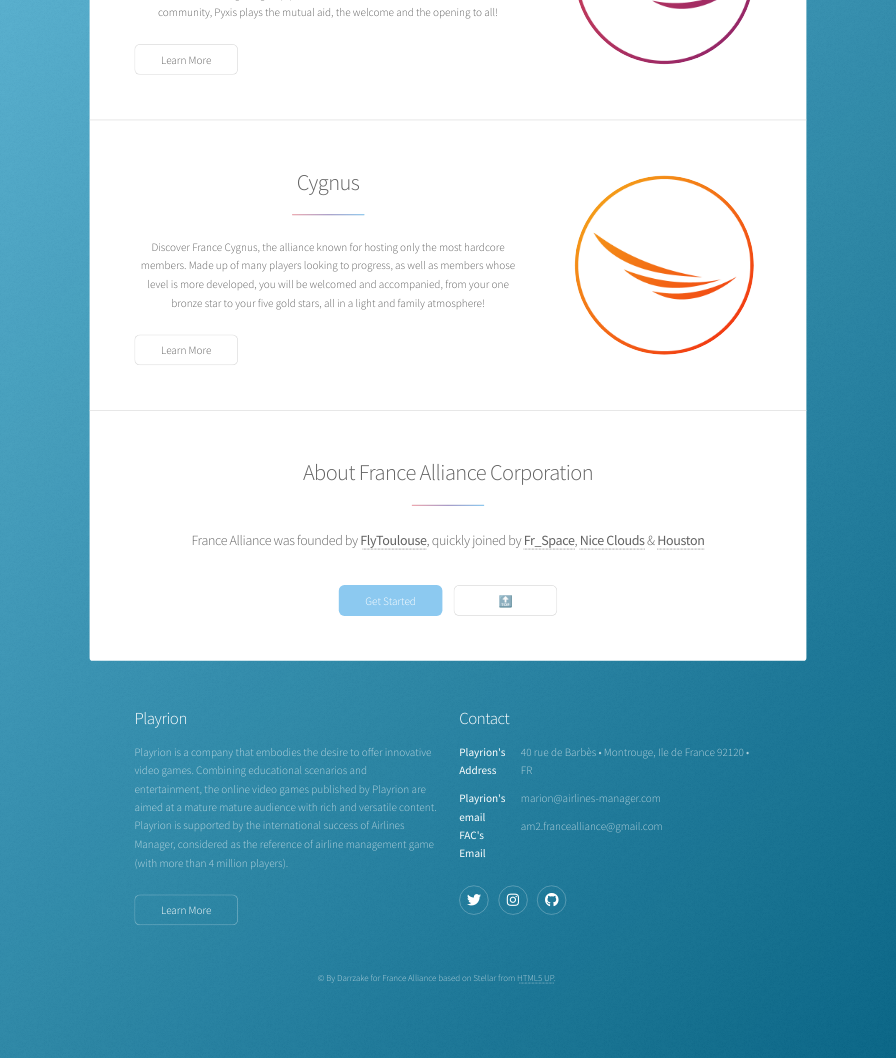
Repository: France-Alliance/France-Alliance.github.io
Page: index.html
The author's editor kept a copy of each file at every save. The page is drawn from the files as they stood at one save, then again after the next save.
The browser window is 1280 px wide. The pictures show the part of the page from y = 1617 to 3537 px (the page is 3129 px tall before and 3537 px after), at 70% of full size.

Above is the page before, as saved 2021-04-16 23:53:37.

After the next save:
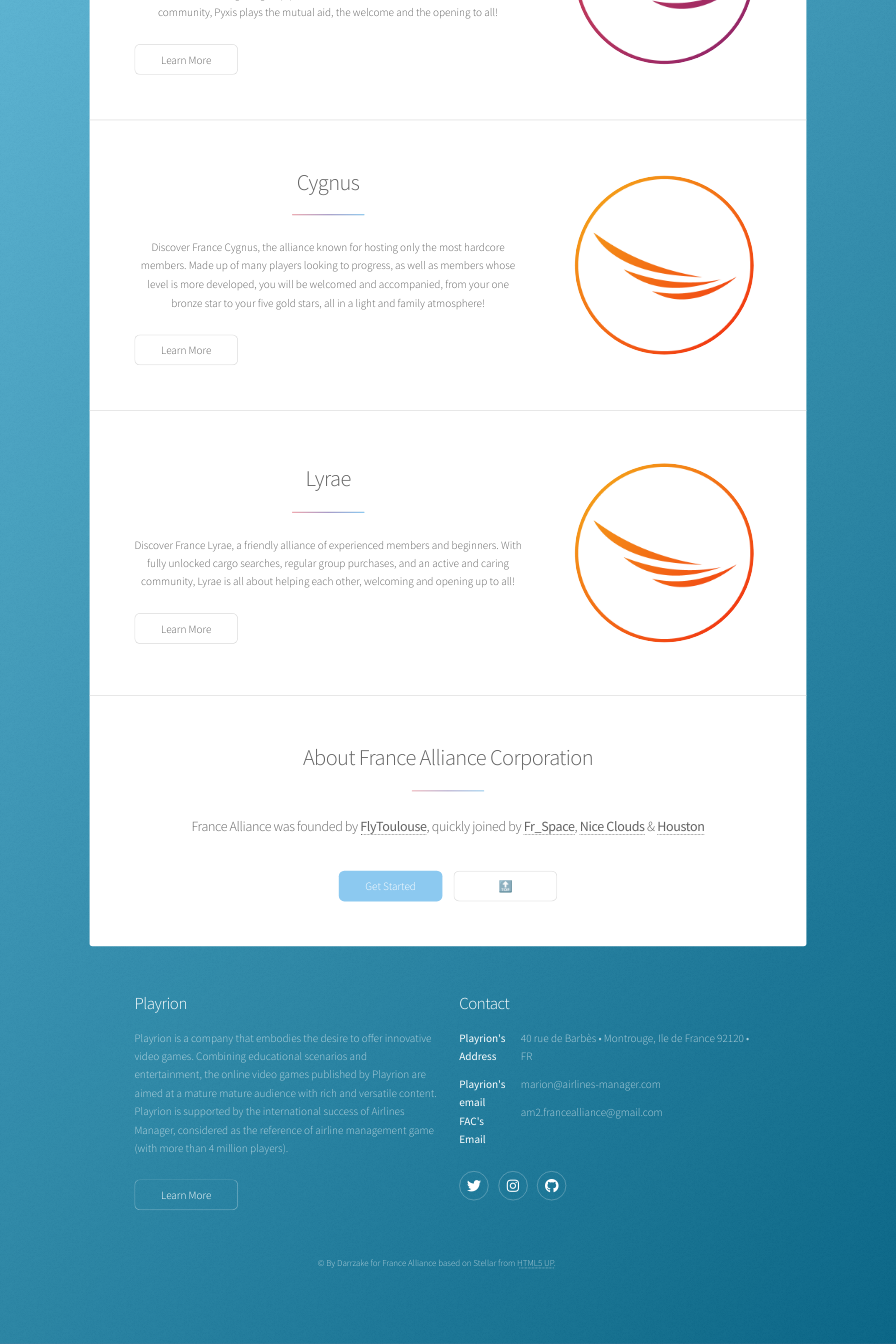
Saved 103 s later.
--- a/index.html
+++ b/index.html
@@ -187,6 +187,24 @@
 							up of many players looking to progress, as well as members whose level is more developed,
 							you will be welcomed and accompanied, from your one bronze star to your five gold stars, all
 							in a light and family atmosphere!</p>
+						<ul class="actions">
+							<li><a href="https://www.airlines-manager.com/alliance/profile/92914" class="button">Learn
+									More</a></li>
+						</ul>
+					</div>
+					<span class="image"><img src="Ressources/Fichier 4.png" alt="" /></span>
+				</div>
+			</section>
+
+			<section id="fourth" class="main special">
+				<div class="spotlight">
+					<div class="content">
+						<header class="major">
+							<h2>Lyrae</h2>
+						</header>
+						<p>Discover France Lyrae, a friendly alliance of experienced members and beginners. With fully
+							unlocked cargo searches, regular group purchases, and an active and caring community, Lyrae
+							is all about helping each other, welcoming and opening up to all!
 						<ul class="actions">
 							<li><a href="https://www.airlines-manager.com/alliance/profile/92914" class="button">Learn
 									More</a></li>
